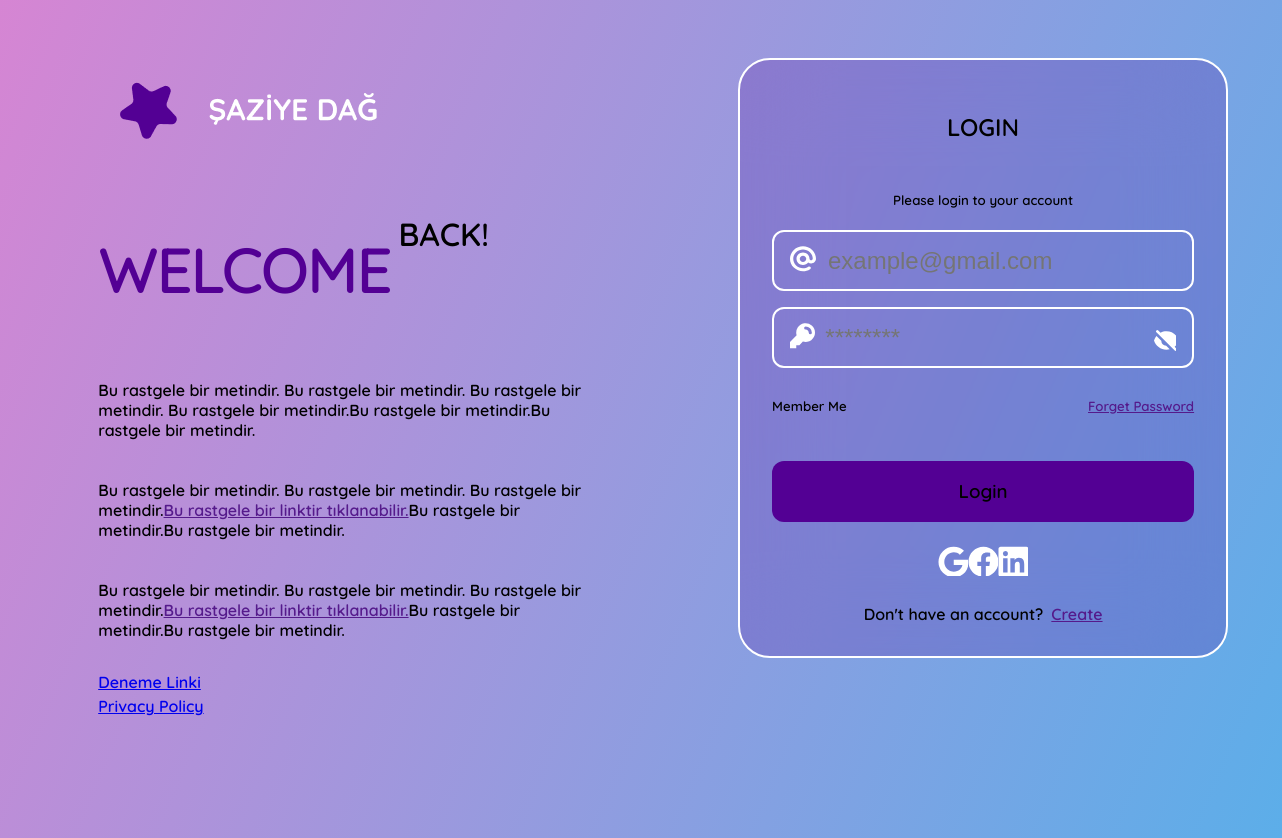
Repository: szydag/login
Page: /
An editor plug-in stored every save of this project. The page is shown before and after the next save, followed by the edit.
The browser window is 1280 px wide. The page is 1282 px wide, so the pictures cover 1282 px, including what lies to the right of the window. The pictures show the whole page.
The project was rebuilt for these pictures with package versions that can differ from the ones it lists, and the page was loaded fresh each time. Also part of the build but not shown: src/assets/svgr/unhiddenIcon/index.js.

Above is the page before, as saved 2023-11-02 00:47:24.

### src/index.js
import React from 'react';
import ReactDOM from 'react-dom/client';
import App from './app/index';
import {
    BrowserRouter
} from "react-router-dom";

const root = ReactDOM.createRoot(document.getElementById('root'));
root.render(
    <BrowserRouter>
        <App />
    </BrowserRouter>
);

### src/app/index.js
import LoginPage from "./pages/login";
import useStyles from "./style";

const App = () => {
    const classes = useStyles();
    return <div
        className={classes.main}
    >
        <LoginPage />
    </div>

};

export default App;

### src/app/pages/login/index.js
import React, { useEffect } from 'react'
import useStyles from './style';
import logo from './../../../assets/logo.png'
import MailIcon from './../../../assets/svgr/mailIcon/index.js'
import PasswordIcon from './../../../assets/svgr/passwordIcon/index.js'
import HiddenIcon from './../../../assets/svgr/hiddenIcon/index.js'
import UnhiddenIcon from './../../../assets/svgr/unhiddenIcon/index.js'
import GoogleIcon from './../../../assets/svgr/googleIcon/index.js'
import FacebookIcon from './../../../assets/svgr/facebookIcon/index.js'
import LinkedInIcon from './../../../assets/svgr/linkedInIcon/index.js'
const LoginPage = () => {

    const classes = useStyles();
    return <div
        className={classes.loginPage}
    >
        <div
            className={classes.promotionTextsContainer}
        >
            <div
                className={classes.promotionTexts}
            >
                <div
                    className={classes.logo}
                >
                    <img
                        src={logo}
                        alt=""
                    />
                </div>
                <div
                    className={classes.mainContent}
                >
                    <div
                        className={classes.title}
                    >
                        <h1
                            className={classes.welcomeText}
                        >
                            WELCOME
                        </h1>
                        <h1>BACK!</h1>
                    </div>
                    <div
                        className={classes.contentText}
                    >
                        <p>
                            Bu rastgele bir metindir. Bu rastgele bir metindir. Bu rastgele bir metindir. Bu rastgele bir metindir.Bu rastgele bir metindir.Bu rastgele bir metindir.
                        </p>
                        <p>
                            Bu rastgele bir metindir. Bu rastgele bir metindir. Bu rastgele bir metindir.
                            <a
                                href=""
                            >
                                Bu rastgele bir linktir tıklanabilir.
                            </a>
                            Bu rastgele bir metindir.Bu rastgele bir metindir.
                        </p>
                        <p>
                            Bu rastgele bir metindir. Bu rastgele bir metindir. Bu rastgele bir metindir.
                            <a
                                href=""
                            >
                                Bu rastgele bir linktir tıklanabilir.
                            </a>
                            Bu rastgele bir metindir.Bu rastgele bir metindir.
                        </p>
                    </div>
                    <div
                        className={classes.links}
                    >
                        <a
                            href="

                    ">
                            Deneme Linki
                        </a>
                        <a
                            href="

                    ">
                            Privacy Policy
                        </a>
                    </div>

                </div>
            </div>
        </div>
        <div
            className={classes.loginAreaContainer}
        >
            <div
                className={classes.loginArea}
            >
                <div
                    className={classes.header}
                >
                    <h2>LOGIN</h2>
                    <h5>Please login to your account</h5>
                </div>
                <div
                    className={classes.container}
                >
                    <div
                        className={classes.loginMainContent}
                    >
                        <div
                            className={classes.inputArea}
                        >
                            <div
                                className={classes.mailInput}
                            >

                                <div
                                    className={classes.content}
                                >
                                    <MailIcon
                                        color='#ffffff'
                                        size={30}
                                    />
                                    <input
                                        className={classes.input}
                                        type="text"
                                        placeholder='example@gmail.com'
                                    />
                                </div>
                            </div>
                            <div
                                className={classes.passwordInput}
                            >
                                <div
                                    className={classes.content}
                                >
                                    <PasswordIcon
                                        color='#ffffff'
                                        size={30}
                                    />
                                    <input
                                        className={classes.input}
                                        type="password"
                                        placeholder='********'
                                    />
                                    <HiddenIcon
                                        color='#ffffff'
                                        size={30}
                                    />
                                </div>


                            </div>
                        </div>
                        <div
                            className={classes.passwordSettingsArea}
                        >
                            <div
                                className={classes.memberMeArea}
                            >
                                <h5>Member Me</h5>
                            </div>
                            <h5>
                                <a href="">
                                    Forget Password
                                </a>
                            </h5>
                        </div>
                    </div>
                    <div
                        className={classes.loginButton}
                    >
                        <h3>Login</h3>
                    </div>
                </div>
                <div
                    className={classes.accountSettings}
                >
                    <div
                        className={classes.accountSettingsTitle}
                    >

                    </div>
                    <div
                        className={classes.socialMediaIcons}
                    >
                        <GoogleIcon
                            color='#ffffff'
                            size={30}
                        />
                        <FacebookIcon
                            color='#ffffff'
                            size={30}
                        />
                        <LinkedInIcon
                            color='#ffffff'
                            size={30}
                        />
                    </div>
                    <div
                        className={classes.newAccountArea}
                    >
                        <span>
                            Don't have an account?
                        </span>
                        <a href="">
                            Create
                        </a>
                    </div>
                </div>
            </div>
        </div>
    </div>
}

export default LoginPage;

### src/app/style.js
import { createUseStyles } from "react-jss";

const useStyles = createUseStyles({
    "@font-face": [
        {
            fontFamily: "Quicksand-Bold",
            src: 'url("/public/assets/fonts/Quicksand-Bold.ttf")',
            fontStyle: "normal"
        },
        {
            fontFamily: "Quicksand-Light",
            src: 'url("/public/assets/fonts/Quicksand-Light.ttf")',
            fontStyle: "normal"
        },
        {
            fontFamily: "Quicksand-Medium",
            src: 'url("/public/assets/fonts/Quicksand-Medium.ttf")',
            fontStyle: "normal"
        },
        {
            fontFamily: "Quicksand-Regular",
            src: 'url("/public/assets/fonts/Quicksand-Regular.ttf")',
            fontStyle: "normal"
        },
        {
            fontFamily: "Quicksand-SemiBold",
            src: 'url("/public/assets/fonts/Quicksand-SemiBold.ttf")',
            fontStyle: "normal"
        }
    ],
    main: {
        fontFamily: "Quicksand-SemiBold",
        width: '100%',
        height: '100%',
    },
})
export default useStyles;

### src/app/pages/login/style.js

import { createUseStyles } from "react-jss";

const useStyles = createUseStyles({
    "@font-face": [
        {
            fontFamily: "Quicksand-Bold",
            src: 'url("/public/assets/fonts/Quicksand-Bold.ttf")',
            fontStyle: "normal"
        },
        {
            fontFamily: "Quicksand-Light",
            src: 'url("/public/assets/fonts/Quicksand-Light.ttf")',
            fontStyle: "normal"
        },
        {
            fontFamily: "Quicksand-Medium",
            src: 'url("/public/assets/fonts/Quicksand-Medium.ttf")',
            fontStyle: "normal"
        },
        {
            fontFamily: "Quicksand-Regular",
            src: 'url("/public/assets/fonts/Quicksand-Regular.ttf")',
            fontStyle: "normal"
        },
        {
            fontFamily: "Quicksand-SemiBold",
            src: 'url("/public/assets/fonts/Quicksand-SemiBold.ttf")',
            fontStyle: "normal"
        }
    ],
    h1: {
        fontFamily: 'Quicksand-SemiBold',
    },
    loginPage: {
        margin: "-10px",
        padding: '60px 40px',
        height: '100vh',
        display: 'flex',
        alignItems: 'flex-start',
        gap: '64px',
        background: 'linear-gradient(113deg, #B9A675 0%, #D685D3 0%, #5CAEE9 100%)',
    },
    promotionTextsContainer: {
        width: '50%',
        display: 'flex',
        flexDirection: 'column',
        justifyContent: 'center',
        alignItems: 'center',
        padding: '0 5%',
    },
    promotionTexts: {
        display: 'flex',
        flexDirection: 'column',
        alignItems: 'flex-start',
        gap: '32px',
    },
    logo: {
        display: 'flex',
        alignItems: 'center',
        gap: '8px',
    },
    mainContent: {
        display: 'flex',
        flexDirection: 'column',
        justifyContent: ' center',
        alignItems: 'flex-start',
        gap: '16px',
    },
    title: {
        display: 'flex',
        alignItems: 'flex-start',
        gap: '8px',
    },
    welcomeText: {
        color: '#530094',
        fontFamily: 'Quicksand-Regular',
        fontSize: '60px',
        fontStyle: 'normal',
        fontWeight: '700',
        lineHeight: 'normal',
    },
    contentText: {
        display: 'flex',
        flexDirection: 'column',
        alignItems: 'flex - start',
        gap: '8px',
    },
    links: {
        display: 'flex',
        flexDirection: 'column',
        alignItems: 'flex-start',
        gap: '4px',
    },
    loginAreaContainer: {
        width: '50%',
        display: 'flex',
        flexDirection: 'column',
        justifyContent: 'center',
        alignItems: 'center',
        padding: '0 8px',
    },
    loginArea: {
        display: 'flex',
        padding: '32px',
        flexDirection: 'column',
        justifyContent: 'center',
        alignItems: 'center',
        borderRadius: '32px',
        border: '2px solid #FFF',
        background: 'rgba(83, 0, 148, 0.20)',
        backdropFilter: 'blur(45px)',
    },
    header: {
        display: 'flex',
        flexDirection: 'column',
        alignItems: 'center',
        gap: '8px',
    },
    container: {
        display: 'flex',
        flexDirection: 'column',
        alignItems: 'flex-start',
        gap: '24px',
        alignSelf: 'stretch',
    },
    loginMainContent: {
        display: 'flex',
        flexDirection: 'column',
        justifyContent: 'center',
        alignItems: 'center',
        gap: '8px',
        alignSelf: 'stretch',
    },
    inputArea: {
        display: 'flex',
        flexDirection: 'column',
        alignItems: 'flex-start',
        gap: '16px',
        alignSelf: 'stretch',
    },
    mailInput: {
        display: 'flex',
        height: '25px',
        padding: '16px',
        flexDirection: 'column',
        justifyContent: 'center',
        alignItems: 'flex-start',
        borderRadius: '12px',
        border: '2px solid #FFF',
        alignSelf: 'stretch',
    },
    content: {
        width: '100%',
        height: '100%',
        display: 'flex',
        justifyContent: 'center',
        alignItems: 'center',
        gap: '6px',
    },
    input: {
        width: '90%',
        height: '100%',
        border: 'none',
        background: 'rgba(255, 255, 255, 0.00)',
        color: '#530094',
        fontSize: '24px'
    },
    passwordInput: {
        display: 'flex',
        height: '25px',
        padding: '16px',
        justifyContent: 'space-between',
        alignItems: 'center',
        alignSelf: 'stretch',
        borderRadius: '12px',
        border: '2px solid #FFF',
    },
    passwordSettingsArea: {
        display: 'flex',
        justifyContent: 'space-between',
        alignItems: 'flex-start',
        alignSelf: 'stretch',
    },
    memberMeArea: {
        display: 'flex',
        alignItems: 'center',
        gap: '8px',
    },
    loginButton: {
        width: "100%",
        display: 'flex',
        justifyContent: 'center',
        alignItems: 'center',
        alignSelf: 'stretch',
        borderRadius: '12px',
        background: '#530094',
    },
    accountSettings: {
        display: 'flex',
        flexDirection: 'column',
        alignItems: 'center',
        gap: '24px',
    },
    accountSettingsTitle: {
        display: 'flex',
        justifyContent: 'center',
        alignItems: 'center',
        gap: '8px',
    },
    socialMediaIcons: {
        gap: '20px'
    },
    newAccountArea: {
        display: 'flex',
        justifyContent: 'center',
        alignItems: 'flex-start',
        gap: '8px',
    },
})
export default useStyles;

### src/assets/svgr/mailIcon/index.js
import * as React from "react"
const MailIcon = ({
    color = "#ffffff",
    size = 30,
    ...props
}) => {
    const pathScale = 30 / size;
    return <svg
        xmlns="http://www.w3.org/2000/svg"
        width={size}
        height={size}
        fill="none"
        {...props}
    >
        <path
            fill={color}
            transform={`scale(${1 / 1})`}
            d="M19.894 6.125c-3.807-3.661-9.98-3.661-13.788 0s-3.808 9.597 0 13.258c3.31 3.183 8.41 3.6 12.187 1.248.753-.47 1.759-.263 2.247.461.488.725.273 1.692-.48 2.161-5.038 3.138-11.837 2.586-16.252-1.66-5.077-4.881-5.077-12.796 0-17.678 5.076-4.881 13.308-4.881 18.384 0C24.73 6.355 26 9.558 26 12.755c0 2.588-2.183 4.687-4.875 4.687a4.982 4.982 0 0 1-2.925-.937c-1.186 1.517-3.074 2.5-5.2 2.5-3.59 0-6.5-2.799-6.5-6.25 0-3.453 2.91-6.25 6.5-6.25s6.5 2.797 6.5 6.25c0 .862.727 1.562 1.625 1.562s1.625-.7 1.625-1.563c0-2.402-.952-4.798-2.856-6.629Zm-3.644 6.63c0-1.727-1.455-3.126-3.25-3.126s-3.25 1.4-3.25 3.125c0 1.726 1.455 3.125 3.25 3.125s3.25-1.399 3.25-3.125Z"
        />
    </svg>
}
export default MailIcon

### src/assets/svgr/passwordIcon/index.js
import * as React from "react"
const PasswordIcon = ({
    color = "#ffffff",
    size = 30,
    ...props
}) => {
    const pathScale = 30 / size;
    return <svg
        xmlns="http://www.w3.org/2000/svg"
        width={size}
        height={size}
        fill="none"
        {...props}
    >
        <path
            fill={color}
            transform={`scale(${1 / 1})`}
            d="M25 9.63a9.375 9.375 0 0 1-12.098 8.972L9.375 22.13H6.25v3.125H0v-6.25l6.652-6.652A9.375 9.375 0 1 1 25 9.63Zm-9.375-6.25a1.563 1.563 0 0 0 0 3.124c1.726 0 3.125 1.4 3.125 3.125a1.563 1.563 0 0 0 3.125 0 6.25 6.25 0 0 0-6.25-6.25Z"
        />
    </svg>
}
export default PasswordIcon

### src/assets/svgr/hiddenIcon/index.js
import * as React from "react"
const HiddenIcon = ({
    color = "#ffffff",
    size = 30,
    ...props
}) => {
    const pathScale = 30 / size;
    return <svg
        xmlns="http://www.w3.org/2000/svg"
        width={size}
        height={size}
        fill="none"
        {...props}
    >
        <path
            fill={color}
            transform={`scale(${1 / 1})`}
            d="M9.256 7.404a1.31 1.31 0 1 0-1.852 1.853l18.34 18.34a1.31 1.31 0 1 0 1.852-1.854l-1.93-1.93A13.119 13.119 0 0 0 30 17.5c-1.67-5.315-6.634-9.17-12.5-9.17-2.127 0-4.135.507-5.911 1.407L9.256 7.404Zm5.582 5.582 1.983 1.983a2.62 2.62 0 0 1 3.21 3.21l1.983 1.983a5.24 5.24 0 0 0-7.176-7.176Z"
        />
        <path
            fill="#fff"
            d="m20.715 26.273-3.543-3.543a5.24 5.24 0 0 1-4.902-4.902L7.46 13.017A13.074 13.074 0 0 0 5 17.5c1.67 5.315 6.634 9.17 12.5 9.17 1.11 0 2.186-.138 3.215-.398Z"
        />
    </svg>
}
export default HiddenIcon

### src/assets/svgr/googleIcon/index.js
import * as React from "react"
const GoogleIcon = ({
    color = "#ffffff",
    size = 30,
    ...props
}) => {
    const pathScale = 30 / size;
    return <svg
        xmlns="http://www.w3.org/2000/svg"
        width={size}
        height={size}
        fill="none"
        {...props}
    >
        <path
            fill={color}
            transform={`scale(${1 / 1})`}
            d="M30.5 16.357c0 8.698-5.957 14.889-14.754 14.889A15.228 15.228 0 0 1 .5 16 15.228 15.228 0 0 1 15.746.754c4.106 0 7.561 1.506 10.223 3.99l-4.15 3.99C16.392 3.496 6.298 7.43 6.298 16c0 5.318 4.248 9.627 9.449 9.627 6.037 0 8.3-4.328 8.656-6.572h-8.656v-5.243H30.26c.142.78.24 1.53.24 2.545Z"
        />
    </svg>
}
export default GoogleIcon

### src/assets/svgr/facebookIcon/index.js
import * as React from "react"
const FacebookIcon = ({
    color = "#ffffff",
    size = 30,
    ...props
}) => {
    const pathScale = 30 / size;
    return <svg
        xmlns="http://www.w3.org/2000/svg"
        width={size}
        height={size}
        fill="none"
        {...props}
    >
        <path
            fill={color}
            transform={`scale(${1 / 1})`}
            d="M30.5 15.754c0-8.286-6.714-15-15-15s-15 6.714-15 15c0 7.487 5.485 13.692 12.656 14.819V20.09h-3.81v-4.336h3.81V12.45c0-3.759 2.238-5.835 5.666-5.835 1.641 0 3.358.293 3.358.293v3.689h-1.892c-1.863 0-2.444 1.156-2.444 2.343v2.815h4.16l-.666 4.336h-3.494v10.483C25.014 29.446 30.5 23.24 30.5 15.754Z"
        />
    </svg>
}
export default FacebookIcon

### src/assets/svgr/linkedInIcon/index.js
import * as React from "react"
const LinkedInIcon = ({
    color = "#ffffff",
    size = 30,
    ...props
}) => {
    const pathScale = 30 / size;
    return <svg
        xmlns="http://www.w3.org/2000/svg"
        width={size}
        height={size}
        fill="none"
        {...props}
    >
        <path
            fill={color}
            transform={`scale(${1 / 1})`}
            d="M28.357.754H2.637C1.456.754.5 1.725.5 2.917v25.674c0 1.192.958 2.163 2.136 2.163h25.721c1.179 0 2.143-.97 2.143-2.163V2.917c0-1.192-.964-2.163-2.143-2.163ZM9.567 26.468H5.121V12.151h4.453v14.317h-.007ZM7.344 10.196a2.58 2.58 0 0 1 0-5.156 2.584 2.584 0 0 1 2.578 2.578 2.575 2.575 0 0 1-2.578 2.578Zm18.89 16.272h-4.446v-6.964c0-1.66-.034-3.797-2.31-3.797-2.317 0-2.672 1.808-2.672 3.677v7.084h-4.447V12.151h4.266v1.956h.06c.596-1.125 2.05-2.31 4.212-2.31 4.5 0 5.337 2.966 5.337 6.823v7.848Z"
        />
    </svg>
}
export default LinkedInIcon

Loaded but not shown: public/index.html (common file)

After the next save:
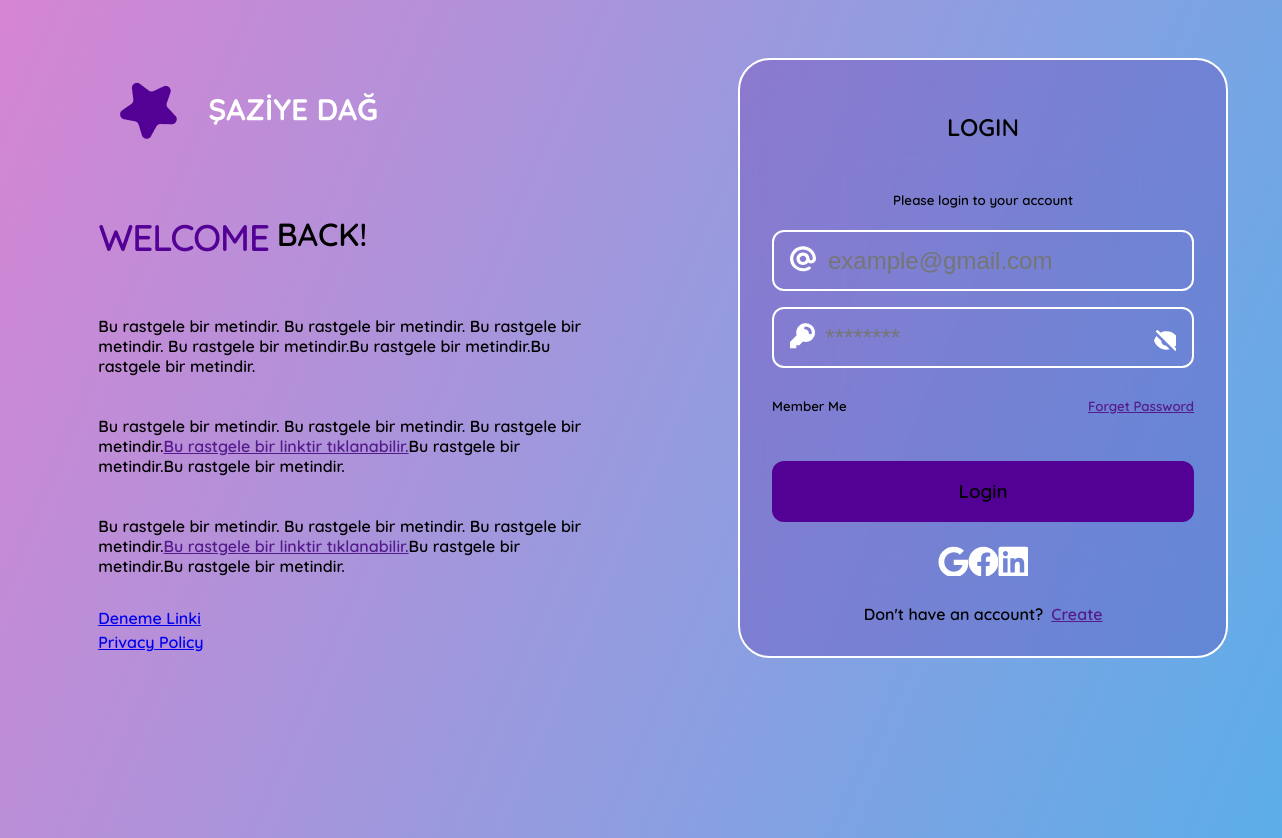
Saved 2 min 20 s later.
--- a/src/app/pages/login/style.js
+++ b/src/app/pages/login/style.js
@@ -75,7 +75,7 @@ const useStyles = createUseStyles({
     welcomeText: {
         color: '#530094',
         fontFamily: 'Quicksand-Regular',
-        fontSize: '60px',
+        fontSize: '35px',
         fontStyle: 'normal',
         fontWeight: '700',
         lineHeight: 'normal',
